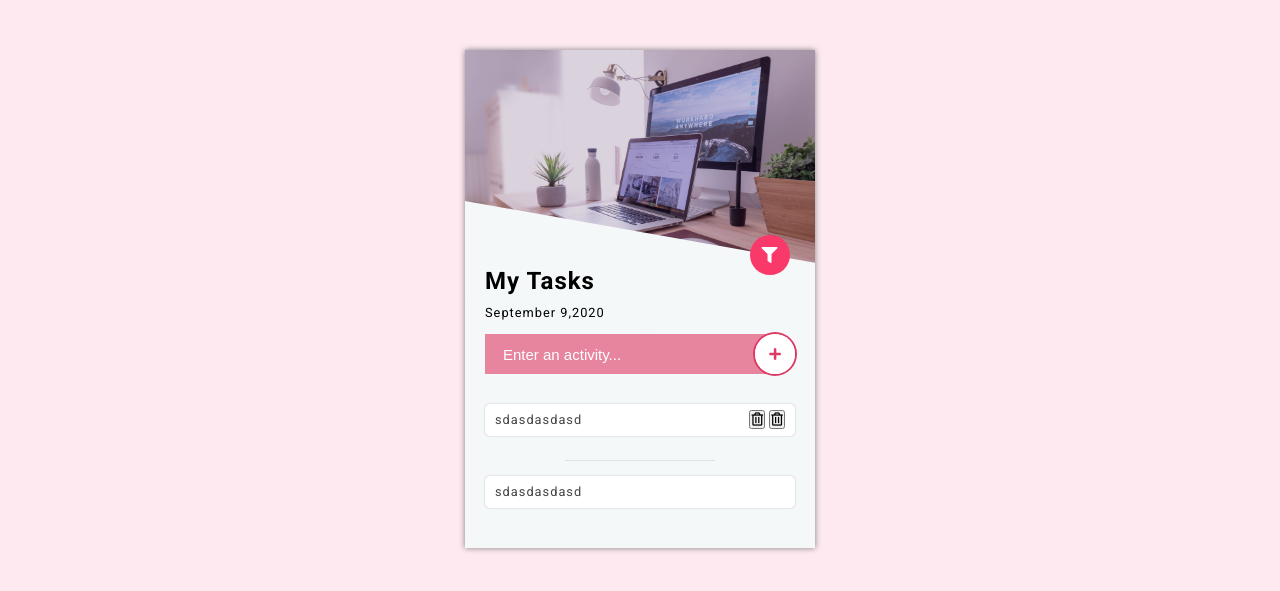
Repository: Khoi300399/BC35E_ES6-B4_MaThanhKhoi
Page: index.html
An editor plug-in stored every save of this project. The page is shown before and after the next save, followed by the edit.
The browser window is 1280 px wide. The pictures show the whole page.
Some web libraries are served in a nearby version.

Above is the page before, as saved 2022-10-25 22:17:58.

### index.html
<!DOCTYPE html>
<html lang="en">
  <head>
    <meta charset="UTF-8" />
    <meta name="viewport" content="width=device-width, initial-scale=1.0" />
    <meta http-equiv="X-UA-Compatible" content="ie=edge" />
    <title>Document</title>

    <link
      href="https://fonts.googleapis.com/css?family=Roboto:300,400,700&display=swap"
      rel="stylesheet"
    />
    <link
      rel="stylesheet"
      href="https://cdnjs.cloudflare.com/ajax/libs/font-awesome/5.11.2/css/all.css"
    />

    <link rel="stylesheet" href="./css/style.css" />
  </head>

  <body>
    <div class="card">
      <div class="card__header">
        <img src="./img/X2oObC4.png" />
      </div>
      <!-- <h2>hello!</h2> -->
      <div class="card__body">
        <div class="filter-btn">
          <a id="one" href="#"><i class="fa fa-check-circle"></i></a>
          <a id="two" href="#"><i class="fa fa-sort-alpha-down"></i></a>
          <a id="three" href="#"><i class="fa fa-sort-alpha-up"></i></a>
          <a id="all" href="#"><i class="fa fa-clock"></i></a>
          <span class="toggle-btn">
            <i class="fa fa-filter"></i>
            <i class="fa fa-times"></i>
          </span>
        </div>
        <div class="card__content">
          <div class="card__title">
            <h2>My Tasks</h2>
            <p>September 9,2020</p>
          </div>
          <div class="card__add">
            <input
              id="newTask"
              type="text"
              placeholder="Enter an activity..."
            />
            <button id="addItem">
              <i class="fa fa-plus"></i>
            </button>
          </div>
          <div class="card__todo">
            <!-- Uncompleted tasks -->
            <ul class="todo" id="todo">
              <li>
                sdasdasdasd
                <span class="button">
                  <button><i class="far fa-trash-alt"></i></button>
                  <button><i class="far fa-trash-alt"></i></button>
                </span>
              </li>
            </ul>
            <!-- Completed tasks -->
            <ul class="todo" id="completed">
              <li>sdasdasdasd</li>
            </ul>
          </div>
        </div>
      </div>
    </div>

    <script
      src="https://code.jquery.com/jquery-3.4.1.js"
      integrity="sha256-WpOohJOqMqqyKL9FccASB9O0KwACQJpFTUBLTYOVvVU="
      crossorigin="anonymous"
    ></script>

    <script>
      $(function () {
        $(".toggle-btn").click(function () {
          $(".filter-btn").toggleClass("open");
        });

        $(".filter-btn a").click(function () {
          $(".filter-btn").removeClass("open");
        });
      });
    </script>
  </body>
</html>

### css/style.css
body {
  font-family: "Roboto", sans-serif;
  background-color: #fee9f0;
  font-size: 16px;
}

* {
  margin: 0;
  padding: 0;
  box-sizing: border-box;
}

.card {
  margin: 50px auto;
  background-color: #f5f8f9;
  /* height: 430px; */
  width: 350px;
  box-shadow: 0 0 6px grey;
  overflow: hidden;
  line-height: 2rem;
  letter-spacing: 1px;
}

.card__header {
  height: 215px;
  overflow: hidden;
  position: relative;
}

.card__header img {
  width: 100%;
}

.card__header::after {
  content: "";
  position: absolute;
  left: 0;
  top: 0;
  width: 100%;
  height: 100%;
  background: rgba(71, 32, 84, 0.2);
}

.card__body {
  position: relative;
}

.card__body::before {
  content: "";
  position: absolute;
  top: -35px;
  left: -50px;
  background-color: #f5f8f9;
  height: 100px;
  width: 120%;
  display: block;
  transform: rotate(10deg);
}

.card__content {
  position: relative;
  padding: 0 20px;
}

.card__title p {
  font-size: 0.8rem;
}

/* Filler Button */
.filter-btn {
  position: absolute;
  z-index: 2;
  right: 0;
  width: 40px;
  height: 40px;
  transition: all 0.4s ease-in-out 0s;
}

.filter-btn span i {
  width: 40px;
  height: 40px;
  background: #fa396b;
  display: block;
  position: absolute;
  right: 25px;
  top: -30px;
  text-align: center;
  color: #fff;
  line-height: 40px;
  border-radius: 50%;
  font-size: 1rem;
  z-index: 999;
}

span.toggle-btn:hover {
  cursor: pointer;
}

.filter-btn a {
  position: absolute;
  width: 40px;
  height: 40px;
  line-height: 40px;
  text-align: center;
  right: 25px;
  display: block;
  top: -30px;
  color: #fff;
  z-index: 99;
  font-size: 1.2rem;
  transition: all 0.4s cubic-bezier(0.68, 1, 0.265, 1);
}

.filter-btn:after {
  height: 150px;
  width: 150px;
  content: "";
  background-color: #fa396b;
  position: absolute;
  top: -86px;
  right: -35px;
  border-radius: 50%;
  transform: scale(0);
  transition: all 0.3s ease-in-out 0s;
}

.filter-btn.open span.toggle-btn i {
  background-color: #de3963;
}

.filter-btn .fa-times {
  display: none;
}

.filter-btn .fa-filter {
  display: block;
}

.filter-btn.open .fa-times {
  display: block;
}

.filter-btn.open .fa-filter {
  display: none;
}

.open:after {
  transform: scale(1);
}

.filter-btn.open a:nth-child(1) {
  transform: translate(9px, -48px);
}

.filter-btn.open a:nth-child(2) {
  transform: translate(-42px, -26px);
}

.filter-btn.open a:nth-child(3) {
  transform: translate(-39px, 29px);
}

.filter-btn.open a:nth-child(4) {
  transform: translate(6px, 52px);
}

/* Add */
.card__add {
  /* background: #DE3963; */
  display: flex;
  position: relative;

  margin-top: 5px;
}
.card__add input {
  width: 100%;
  height: 40px;
  /* float: left; */
  color: #fff;
  font-size: 15px;
  font-weight: 400;
  text-indent: 18px;
  /* padding: 0 60px 0 0; */
  background: rgba(222, 57, 99, 0.6);
  /* border-radius: 3px; */
  border-top-right-radius: 25px;
  border-bottom-right-radius: 25px;
  border: 0px;
  box-shadow: none;
  outline: none;
}

.card__add input::placeholder {
  color: #fff;
}

.card__add button {
  border: none;
  border-radius: 50%;
  position: absolute;
  top: 0;
  right: 0;
  /* width: 40px;
  height: 40px; */
  box-shadow: 0 0 0 2px rgba(222, 57, 99);
  cursor: pointer;
  outline: none;
}
.card__add i {
  width: 40px;
  height: 40px;
  border-radius: 25px;
  background: #fff;
  line-height: 40px;
  color: #de3963;
}

/* Todo list */
ul.todo {
  list-style: none;
}
ul.todo li {
  display: flex;
  justify-content: space-between;
  width: 100%;
  min-height: 30px;
  font-size: 0.8rem;
  font-weight: 500;
  color: #444;
  background: #fff;
  border-radius: 5px;
  box-shadow: 0px 0px 2px rgba(44, 62, 80, 0.3);
  margin: 0 0 10px 0;
  padding: 0 10px;
  word-break: break-word;
}

ul.todo#todo {
  padding-top: 30px;
}
ul.todo#completed {
  position: relative;
  padding: 30px 0;
}

ul.todo#completed:before {
  content: "";
  width: 150px;
  height: 1px;
  background: #d8e5e0;

  position: absolute;
  top: 14px;
  left: 50%;

  margin: 0 0 0 -75px;
}

ul.todo#todo:empty:after {
  content: "You have nothing to-do!";
  margin: 15px 0 0 0;
}

ul.todo#completed:empty:after {
  content: "You have yet to complete any tasks.";
}

ul.todo#todo:after,
ul.todo#completed:after {
  width: 100%;
  display: block;
  text-align: center;
  font-size: 12px;
  color: #aaa;
}

ul.todo li .buttons button {
  background: none;
  border: 0px;
  box-shadow: none;
  outline: none;
  cursor: pointer;
  position: relative;
  padding: 5px 0 5px 5px;
  font-size: 1rem;
}
ul.todo li .buttons .remove {
  color: #aaa;
}
ul.todo li .buttons .remove:hover {
  color: #fa396b;
}

ul.todo li .buttons .complete {
  color: #aaa;
}

ul.todo li .buttons .complete:hover {
  color: #25b99a;
}

ul.todo#todo li .buttons .complete .fas {
  display: none;
}

ul.todo#todo li .buttons .complete .far {
  display: block;
}

ul.todo#completed li .buttons .complete .fas {
  display: block;
  color: #25b99a;
}

ul.todo#completed li .buttons .complete .far {
  display: none;
}

ul.todo#completed span {
  color: #25b99a;
}

After the next save:
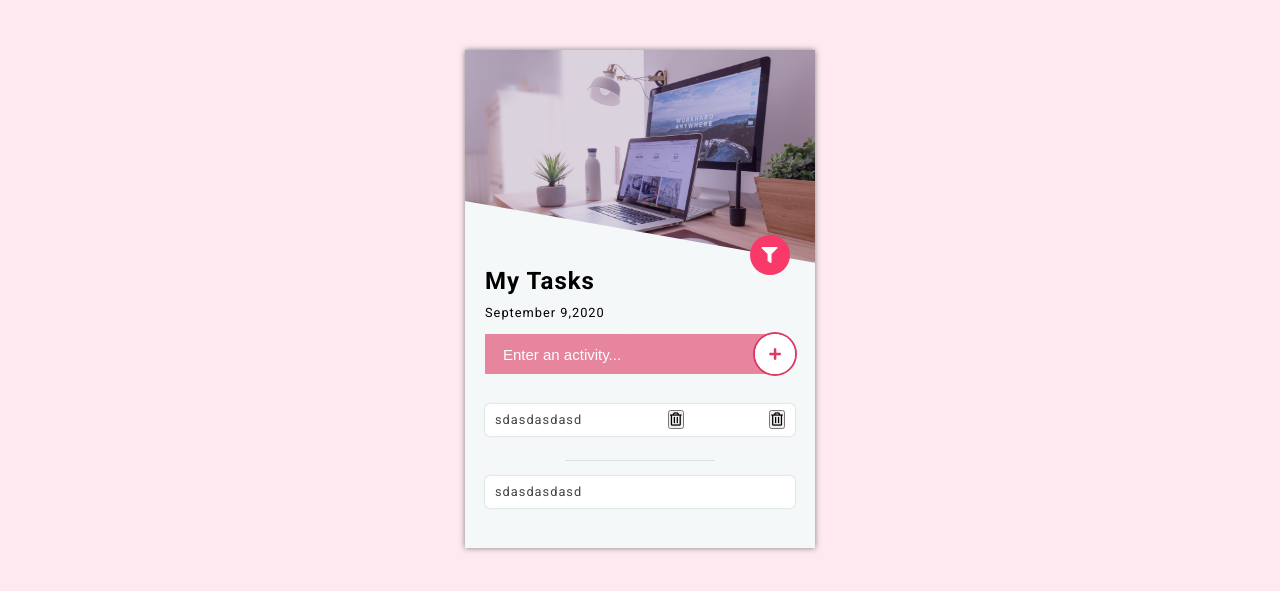
Saved 34 s later.
--- a/index.html
+++ b/index.html
@@ -57,6 +57,8 @@
                 sdasdasdasd
                 <span class="button">
                   <button><i class="far fa-trash-alt"></i></button>
+                </span>
+                <span class="button">
                   <button><i class="far fa-trash-alt"></i></button>
                 </span>
               </li>

After the save that followed:
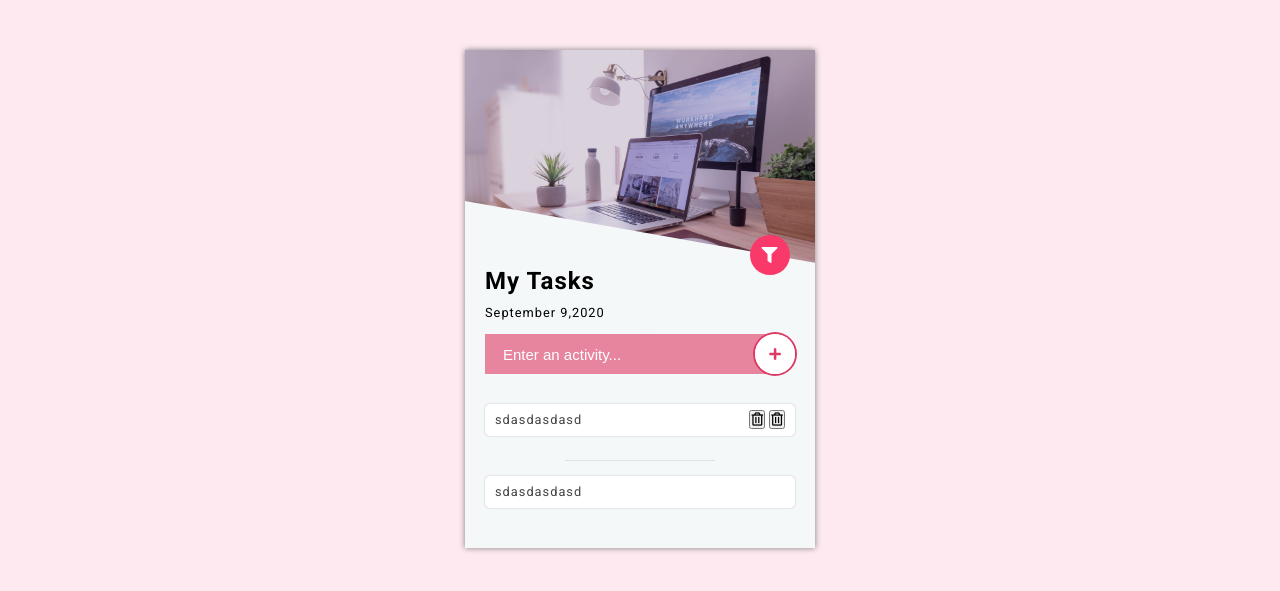
Saved 11 s later.
--- a/index.html
+++ b/index.html
@@ -57,8 +57,6 @@
                 sdasdasdasd
                 <span class="button">
                   <button><i class="far fa-trash-alt"></i></button>
-                </span>
-                <span class="button">
                   <button><i class="far fa-trash-alt"></i></button>
                 </span>
               </li>
